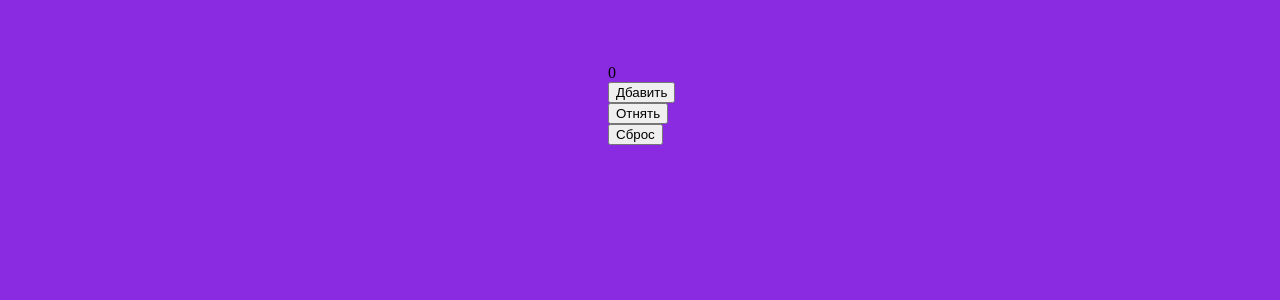
Repository: Denzoll/redux-toolkit-counter
Page: /
These files come from the project's save history. The page is drawn as it stood at one moment and after the next save; the edit follows.
The browser window is 1280 px wide. The pictures show the whole page.
The project was rebuilt for these pictures with package versions that can differ from the ones it lists, and the page was loaded fresh each time. Also part of the build but not shown: src/index.css.

Above is the page before, as saved 2022-06-27 13:30:32.

### src/index.js
import React from 'react';
import ReactDOM from 'react-dom/client';
import './index.css';
import App from './App';
import { store } from './app/store';
import { Provider } from 'react-redux/es/exports';


const root = ReactDOM.createRoot(document.getElementById('root'));
root.render(

   <Provider store={store}>
    <App />

  </Provider>

);

// If you want to start measuring performance in your app, pass a function
// to log results (for example: reportWebVitals(console.log))
// or send to an analytics endpoint. Learn more: https://bit.ly/CRA-vitals

### src/App.js
import { useSelector, useDispatch } from "react-redux";
import { minus, plus, zero } from "./feauters/counterReducer";
import './App.css'

function App() {
  const num = useSelector((state) => state.counter);
  const dispach = useDispatch();
  const handleInc = () => {
    dispach(plus());
  };
  const handleDel = () => {
    dispach(minus());
  };

  const z = () => {
    dispach(zero());
  };
  return (
    <>
    <div className="cont">
      <div className="count">{num}</div>
      <button onClick={handleInc}> Дбавить </button>
      <button onClick={handleDel}>Отнять</button>
      <button onClick={z}> Сброс </button>
      </div>
    </>
  );
}

export default App;

### src/app/store.js
import { configureStore } from "@reduxjs/toolkit";
import counterReducer from "../feauters/counterReducer";

export const  store = configureStore({
    reducer:counterReducer
})

### src/feauters/counterReducer.js
import { createAction } from "@reduxjs/toolkit/";
import { createReducer } from "@reduxjs/toolkit";

const initialState = {
  counter: 0,
};
export const plus = createAction("plus");
export const minus = createAction("minus");
export const zero = createAction("zero");

const counterReducer = createReducer(initialState, (builder) => {
  builder
    .addCase(plus, (state, action) => {
      state.counter += 1;
    })
    .addCase(minus, (state) => {
      if (state.counter > 0) {
        state.counter -= 1;
      }
    })
    .addCase(zero, (state) => {
      state.counter = 0;
    });
});

export default counterReducer;

### src/App.css
body {
  background-color: blueviolet;
  margin:0 auto;
  width: 5%;
  margin-top: 5%;
}




/*
.count {
  font-size: 100px;
  margin-left: 7%;
} */

Loaded but not shown: public/index.html (common file)

After the next save:
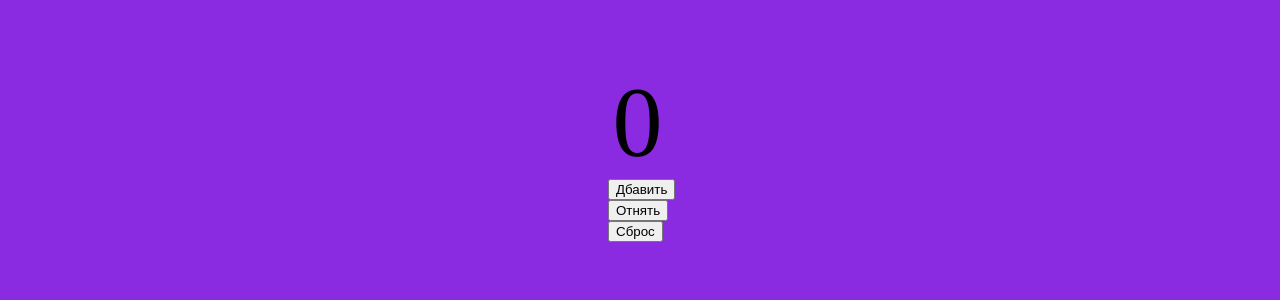
Saved 4 s later.
--- a/src/App.css
+++ b/src/App.css
@@ -8,8 +8,8 @@ body {
 
 
 
-/*
+
 .count {
   font-size: 100px;
   margin-left: 7%;
-} */
+}
